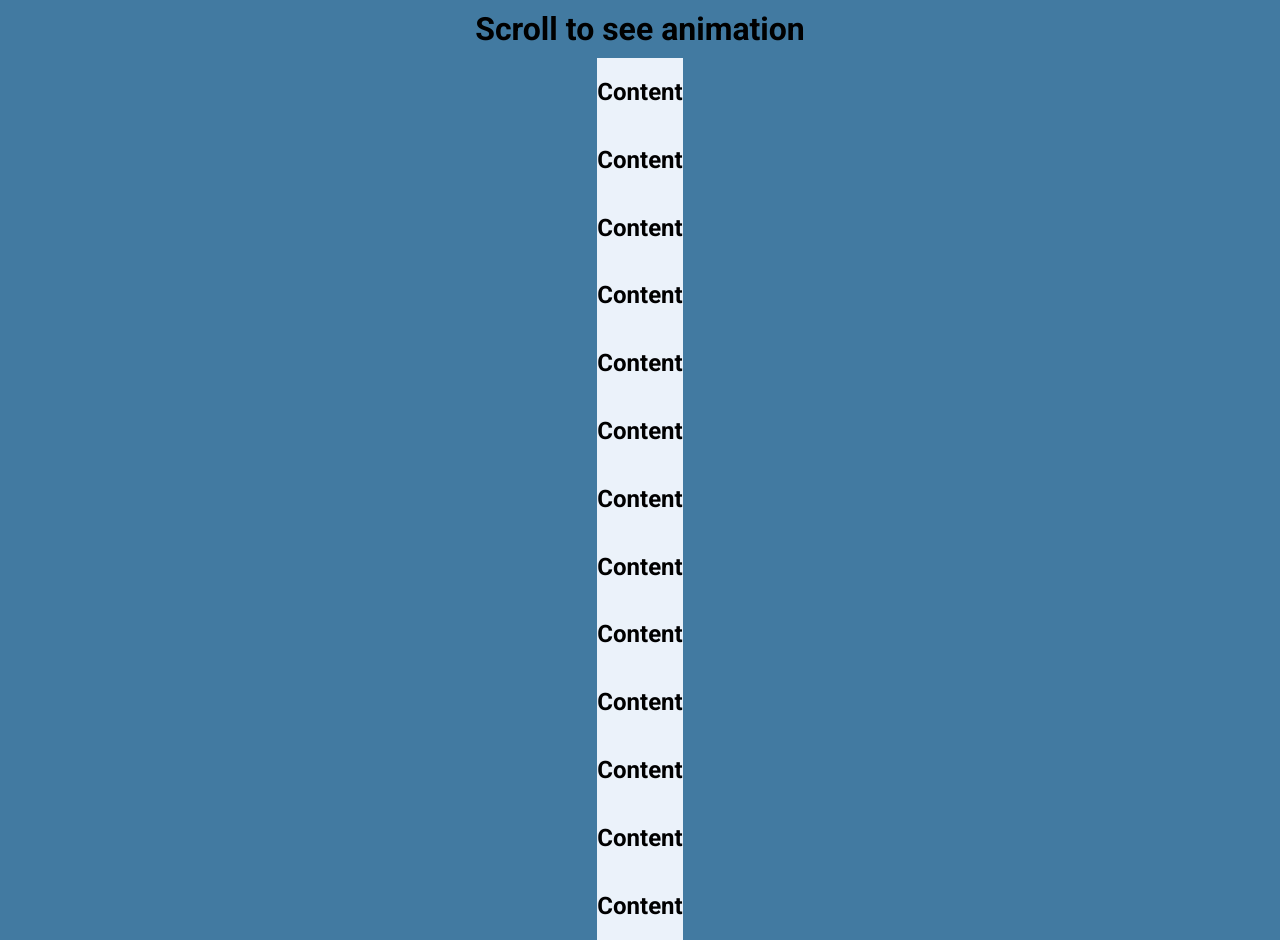
Repository: thecoachanna/scroll-animation
Page: index.html
An editor plug-in stored every save of this project. The page is shown before and after a run of saves, followed by the edit.
The browser window is 1280 px wide. The pictures show the whole page.
Some web fonts or font styles are not loaded; a fallback is used.

Above is the page before, as saved 2023-02-20 12:48:24.

After the next 2 saves:
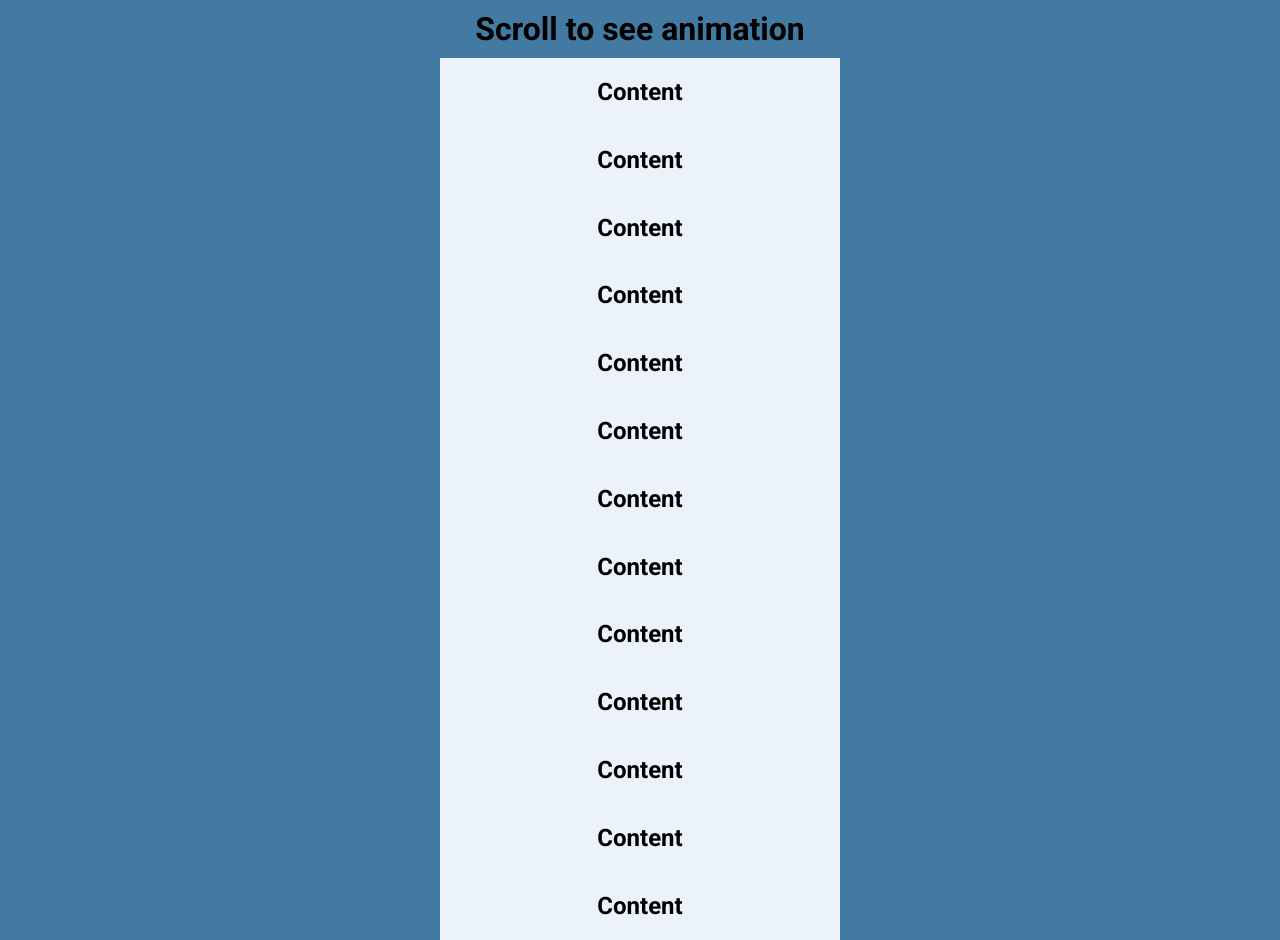
The 2 saves are shown as one change because they came seconds apart.
The last was saved 22 s later.
--- a/style.css
+++ b/style.css
@@ -25,5 +25,6 @@ h1 {
     display: flex;
     align-items: center;
     justify-content: center;
-
+    width: 400px;
+    height: ;
 }
